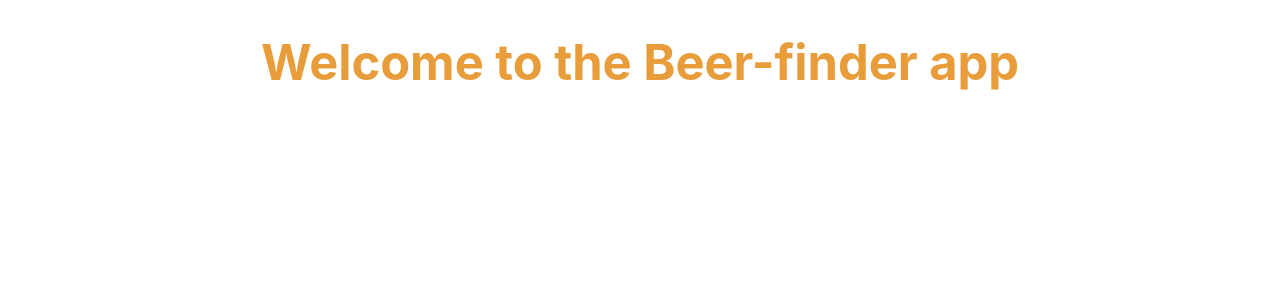
Repository: marcinszymaszek/beer-finder
Page: /
The author's editor kept a copy of each file at every save. The page is drawn from the files as they stood at one save, then again after the next save.
The browser window is 1280 px wide. The pictures show the whole page.
The project was rebuilt for these pictures with package versions that can differ from the ones it lists, and the page was loaded fresh each time.

Above is the page before, as saved 2020-05-10 20:03:41.

### public/index.html
<!DOCTYPE html>
<html lang="en">
  <head>
    <meta charset="utf-8" />
    <link rel="icon" href="%PUBLIC_URL%/favicon.ico" />
    <meta name="viewport" content="width=device-width, initial-scale=1" />
    <meta name="theme-color" content="#000000" />
    <meta
      name="description"
      content="Web site created using create-react-app"
    />
    <link rel="apple-touch-icon" href="%PUBLIC_URL%/logo192.png" />
    <!--
      manifest.json provides metadata used when your web app is installed on a
      user's mobile device or desktop. See https://developers.google.com/web/fundamentals/web-app-manifest/
    -->
    <link rel="manifest" href="%PUBLIC_URL%/manifest.json" />
    <!--
      Notice the use of %PUBLIC_URL% in the tags above.
      It will be replaced with the URL of the `public` folder during the build.
      Only files inside the `public` folder can be referenced from the HTML.

      Unlike "/favicon.ico" or "favicon.ico", "%PUBLIC_URL%/favicon.ico" will
      work correctly both with client-side routing and a non-root public URL.
      Learn how to configure a non-root public URL by running `npm run build`.
    -->
    <title>Beer-finder App</title>
  </head>
  <body>
    <noscript>You need to enable JavaScript to run this app.</noscript>
    <div id="root"></div>
    <!--
      This HTML file is a template.
      If you open it directly in the browser, you will see an empty page.

      You can add webfonts, meta tags, or analytics to this file.
      The build step will place the bundled scripts into the <body> tag.

      To begin the development, run `npm start` or `yarn start`.
      To create a production bundle, use `npm run build` or `yarn build`.
    -->
  </body>
</html>

### src/index.js
import React from 'react';
import ReactDOM from 'react-dom';
import './index.css';
import App from './components/main/App';
import * as serviceWorker from './serviceWorker';

ReactDOM.render(
  <React.StrictMode>
    <App />
  </React.StrictMode>,
  document.getElementById('root')
);

// If you want your app to work offline and load faster, you can change
// unregister() to register() below. Note this comes with some pitfalls.
// Learn more about service workers: https://bit.ly/CRA-PWA
serviceWorker.unregister();

### src/components/main/App.js
import React, { useState, useEffect } from 'react';
import './App.css';

const App = () => {

  return (
    <div className="main-container">
      <h1 className="app-title">Welcome to the Beer-finder app</h1>
    </div>
  );
}

export default App;

### src/components/main/App.css
.main-container {
  text-align: center;
  min-height: 100vh;
  display: flex;
  flex-direction: column;
  font-size: calc(10px + 2vmin);
  color: rgb(233, 157, 58);
}

Loaded but not shown: src/index.css (common file); src/serviceWorker.js (common file)

After the next save:
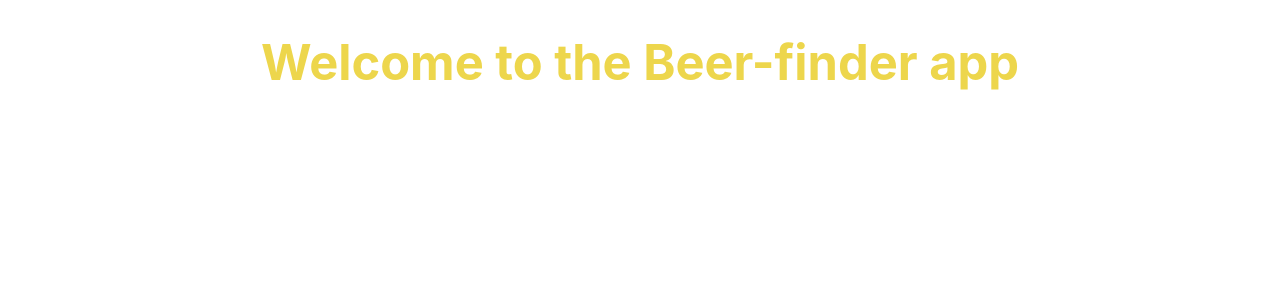
Saved 2 min 8 s later.
--- a/src/components/main/App.css
+++ b/src/components/main/App.css
@@ -4,5 +4,5 @@
   display: flex;
   flex-direction: column;
   font-size: calc(10px + 2vmin);
-  color: rgb(233, 157, 58);
+  color: #edd64c;
 }
